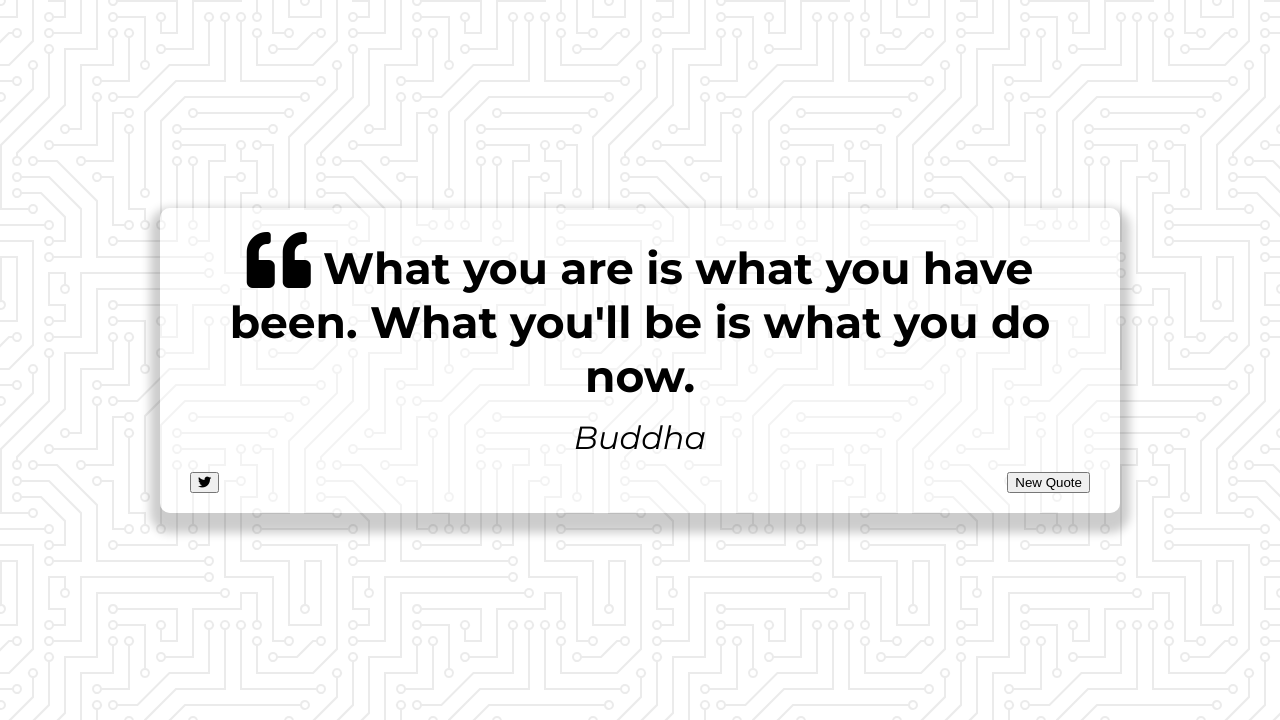
Repository: Badynko/quote-generator
Page: index.html
The author's editor kept a copy of each file at every save. The page is drawn from the files as they stood at one save, then again after the next save.
The browser window is 1280 px wide. The pictures show the whole page.
Some web libraries are served in a nearby version.

Above is the page before, as saved 2024-05-08 18:57:08.

### index.html
<!DOCTYPE html>
<html lang="en">
  <head>
    <meta charset="UTF-8" />
    <meta http-equiv="Permissions-Policy" content="interest-cohort=()" />
    <meta name="viewport" content="width=device-width, initial-scale=1.0" />
    <title>Template</title>
    <link rel="icon" type="image/png" href="favicon.png" />

    <link
      rel="stylesheet"
      href="https://cdnjs.cloudflare.com/ajax/libs/font-awesome/5.10.2/css/all.min.css"
    />
    <link rel="stylesheet" href="style.css" />
  </head>
  <body>
    <div class="quote-container" id="quote-container">
      <!-- Quote -->
      <div class="quote-text">
        <i class="fas fa-quote-left"></i>
        <span id="quote">
          What you are is what you have been. What you'll be is what you do now.
        </span>
      </div>
      <!-- Author -->
      <div class="quote-author">
        <span id="author">Buddha</span>
      </div>
      <!-- Buttons -->
      <div class="button-container">
        <button class="twitter-button" id="twitter" title="Tweet This!">
          <i class="fab fa-twitter"></i>
        </button>
        <button id="new-quote">New Quote</button>
      </div>
    </div>
    <!-- Script -->
    <script src="script.js"></script>
  </body>
</html>

### style.css
@import url("https://fonts.googleapis.com/css2?family=Montserrat:ital,wght@0,100..900;1,100..900&display=swap");

html {
  box-sizing: border-box;
}

body {
  margin: 0;
  min-height: 100vh;
  background-color: #ffffff;
  background-image: url("data:[embedded picture, 5330 characters]");
  color: #000;
  font-family: Montserrat, sans-serif;
  font-weight: 700;
  text-align: center;
  display: flex;
  align-items: center;
  justify-content: center;
}

.quote-container {
  width: auto;
  max-width: 900px;
  padding: 20px 30px;
  border-radius: 10px;
  background-color: rgba(255, 255, 255, 0.4);
  box-shadow: 0 10px 10px 10px rgba(0, 0, 0, 0.2);
}

.quote-text {
  font-size: 2.75rem;
}

.long-quote {
  font-size: 2rem;
}

.fa-quote-left {
  font-size: 4rem;
}

.quote-author {
  margin-top: 15px;
  font-size: 2rem;
  font-weight: 400;
  font-style: italic;
}

.button-container {
  margin-top: 15px;
  display: flex;
  justify-content: space-between;
}

/* Media Query: Tablet or Smaller */
@media screen and (max-width: 1000px) {
  .quote-container {
    margin: auto 10px;
  }

  .quote-text {
    font-size: 2.5rem;
  }
}

Loaded but not shown: script.js (empty)

After the next save:
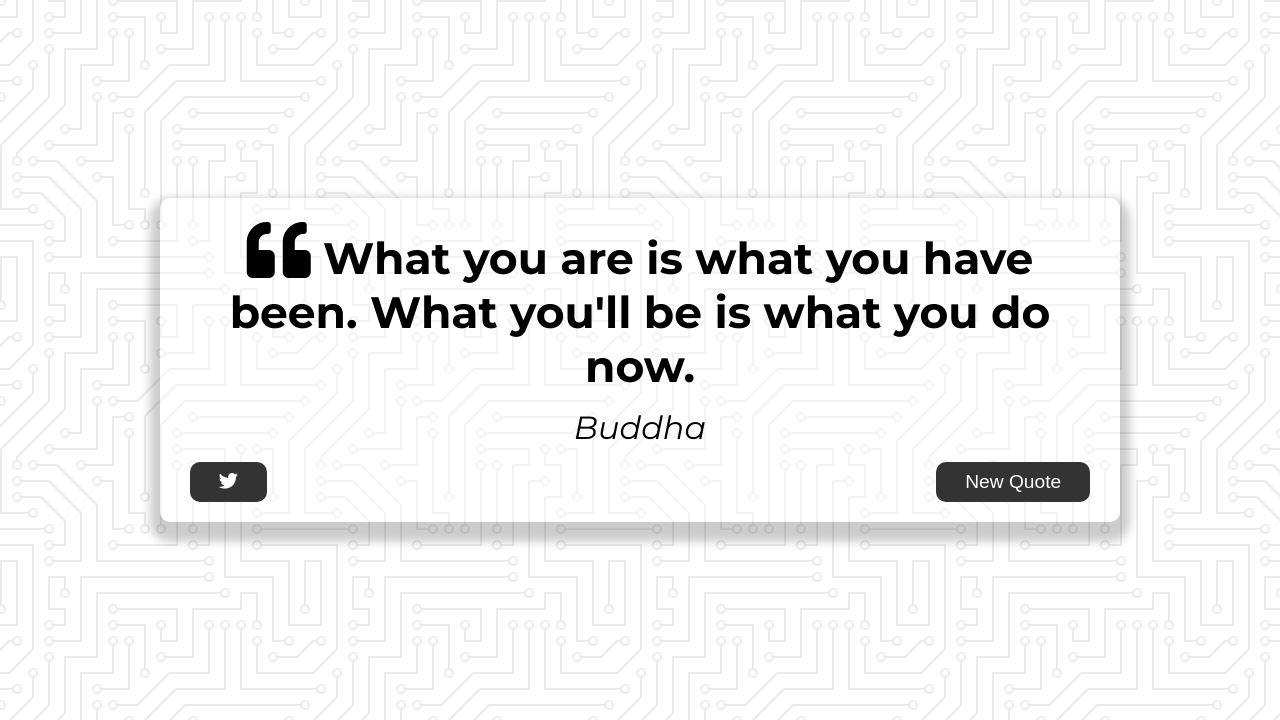
Saved 2 min 9 s later.
--- a/style.css
+++ b/style.css
@@ -52,6 +52,19 @@ body {
   justify-content: space-between;
 }
 
+button {
+  cursor: pointer;
+  font-size: 1.2rem;
+  height: 2.5rem;
+  border: none;
+  border-radius: 10px;
+  color: #fff;
+  background: #333;
+  outline: none;
+  padding: 0.5rem 1.8rem;
+  box-shadow: 0 0.3rem rgba();
+}
+
 /* Media Query: Tablet or Smaller */
 @media screen and (max-width: 1000px) {
   .quote-container {
